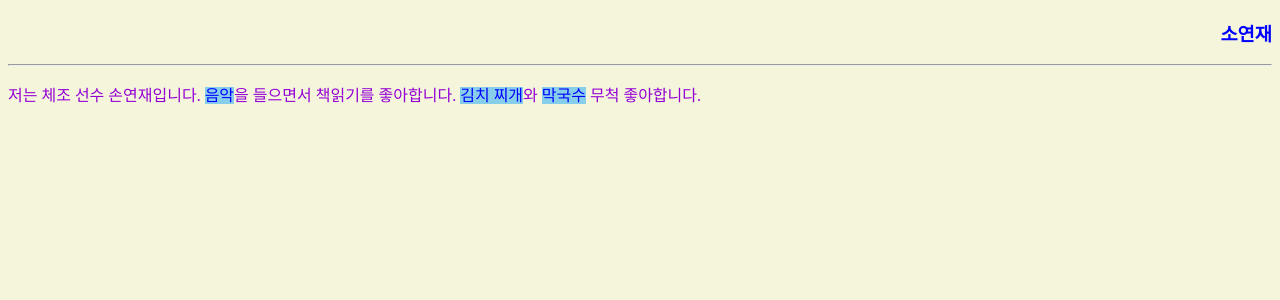
Repository: codelily98/Web
Page: CSS3/src/main/webapp/practice/practice01.html
An editor plug-in stored every save of this project. The page is shown before and after the next save, followed by the edit.
The browser window is 1280 px wide. The pictures show the whole page.

Above is the page before, as saved 2024-08-12 08:06:50.

After the next save:
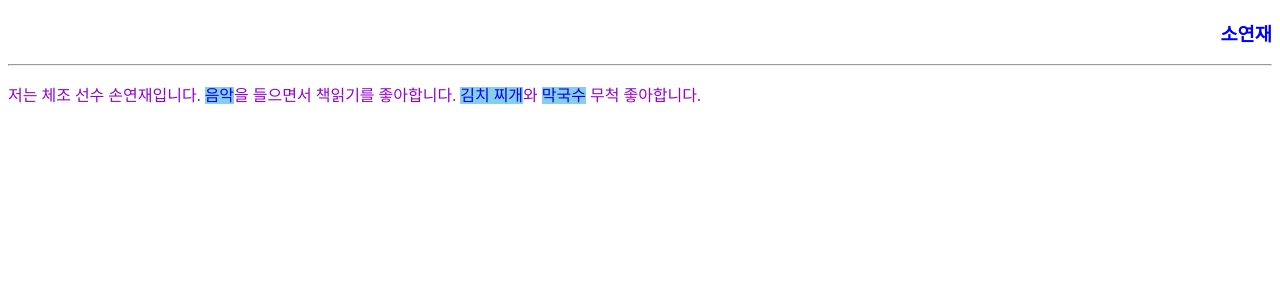
Saved 58 s later.
--- a/CSS3/src/main/webapp/practice/practice01.html
+++ b/CSS3/src/main/webapp/practice/practice01.html
@@ -10,7 +10,7 @@
 }
 body {
 	color: darkviolet;
-	background: beige;
+	background: darkbeige;
 }
 span {
 	background: skyblue;

After the save that followed:
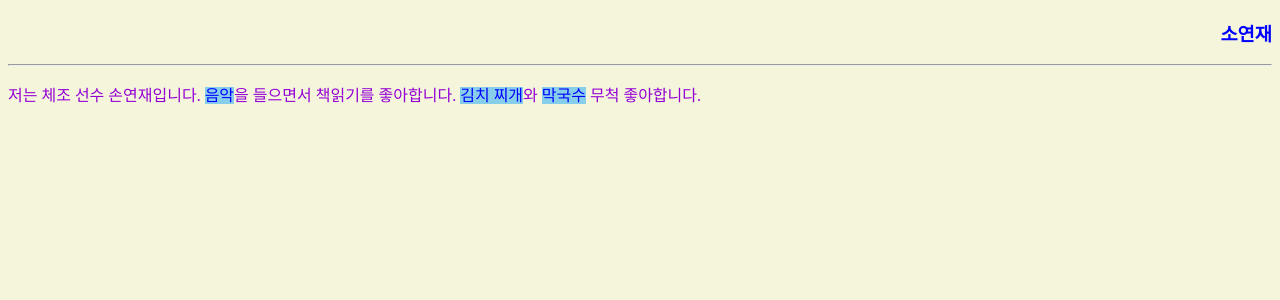
Saved 15 s later.
--- a/CSS3/src/main/webapp/practice/practice01.html
+++ b/CSS3/src/main/webapp/practice/practice01.html
@@ -10,7 +10,7 @@
 }
 body {
 	color: darkviolet;
-	background: darkbeige;
+	background: beige;
 }
 span {
 	background: skyblue;
